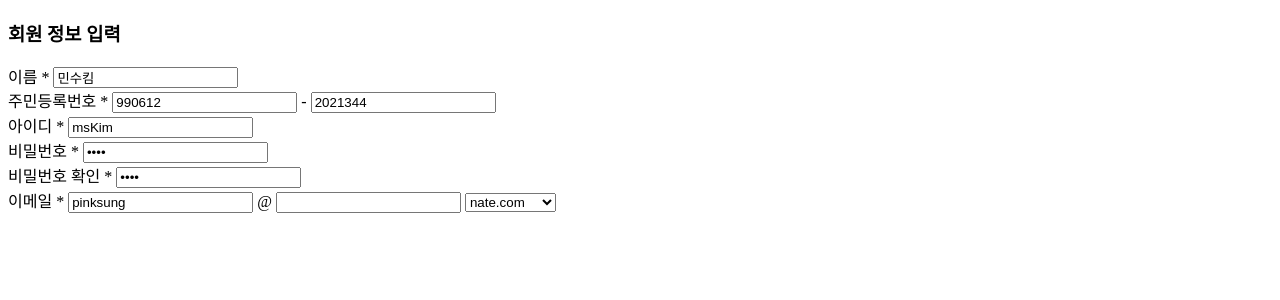
Repository: angwanghyeon/eclipse
Page: http://localhost/sec06/04_addMemberForm.jsp
The author's editor kept a copy of each file at every save. The page is drawn from the files as they stood at one save, then again after the next save.
The browser window is 1280 px wide. The pictures show the whole page.
The page is served by Tomcat 9. Other server files are loaded and not shown.

Above is the page before, as saved 2023-09-01 01:50:14.

### sec06/src/main/webapp/04_addMemberForm.jsp
<%@ page language="java" contentType="text/html; charset=UTF-8"
    pageEncoding="UTF-8"%>
<!DOCTYPE html>
<html>
<head>
<meta charset="UTF-8">
<title>회원가입</title>
</head>
<body>
<h3>회원 정보 입력</h3>
<form name="joinfrm" id="reg_frm" method="post" action="02_addMember.jsp">
		<label for="name">이름</label><span> * </span>
		<input type="text"	name="name" id="name" value="민수킴"><br> <label for="pers">주민등록번호</label><span> * </span>
		<input type="text" name="pers_1" value="990612"> -
		<input type="text" name="pers_2" value="2021344"><br>
		<label for="id">아이디</label><span> * </span>
		<input type="text" id="id" name="id" value="msKim"><br> <label for="pwd">비밀번호</label><span>	* </span>
		<input type="password" id="pwd" name="pwd" value="1234"><br>

		<label for="pwd_ch">비밀번호 확인</label><span> * </span>
		<input type="password" id="pwd_ch" name="pwd_ch" value="1234"><br>

		<label for="email">이메일 </label> <span> * </span>
		<input type="text" name="email" value="pinksung"> @
		<input type="text" name="email_dns" value="">
		<select name="emailaddr">
			<option value="daum.net">daum.net</option>
			<option value="empal.com">empal.com</option>
			<option value="gmail.com">gmail.com</option>
			<option value="hanmail.net">hanmail.net</option>
			<option value="msn.com">msn.com</option>
			<option value="naver.com">naver.com</option>
			<option value="nate.com" selected="selected">nate.com</option></select><br>
</form>
</body>
</html>

After the next save:
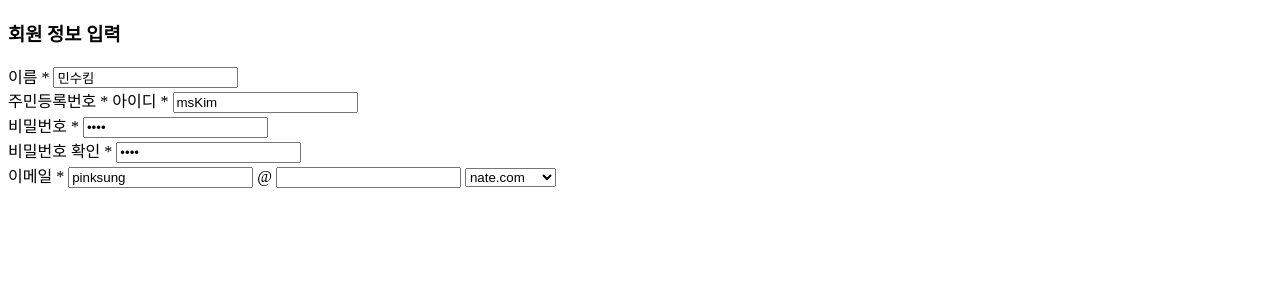
Saved 13 min 45 s later.
--- a/sec06/src/main/webapp/04_addMemberForm.jsp
+++ b/sec06/src/main/webapp/04_addMemberForm.jsp
@@ -10,9 +10,8 @@
 <h3>회원 정보 입력</h3>
 <form name="joinfrm" id="reg_frm" method="post" action="02_addMember.jsp">
 		<label for="name">이름</label><span> * </span>
-		<input type="text"	name="name" id="name" value="민수킴"><br> <label for="pers">주민등록번호</label><span> * </span>
-		<input type="text" name="pers_1" value="990612"> -
-		<input type="text" name="pers_2" value="2021344"><br>
+		<input type="text"	name="name" id="name" value="민수킴"><br>
+		<label for="pers">주민등록번호</label><span> * </span>
 		<label for="id">아이디</label><span> * </span>
 		<input type="text" id="id" name="id" value="msKim"><br> <label for="pwd">비밀번호</label><span>	* </span>
 		<input type="password" id="pwd" name="pwd" value="1234"><br>
